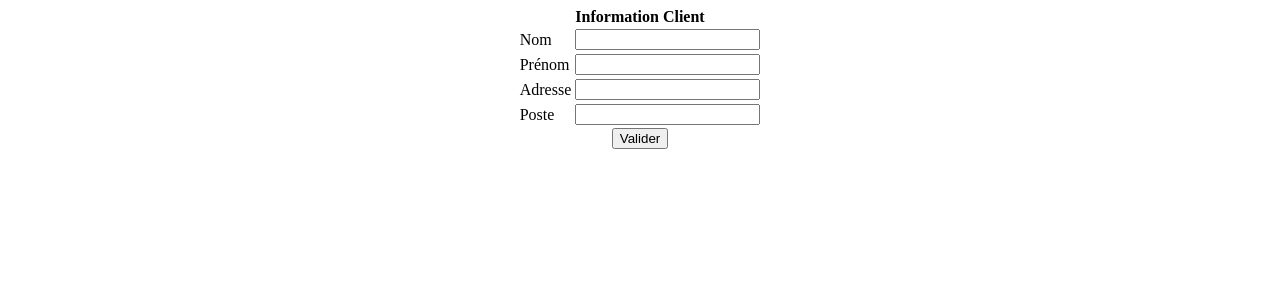
Repository: lemzoo/Formation_JEE
Page: TP_06__JSP_Servlet_Javabean/src/main/webapp/AddInformation.html
An editor plug-in stored every save of this project. The page is shown before and after the next save, followed by the edit.
The browser window is 1280 px wide. The pictures show the whole page.

Above is the page before, as saved 2016-06-21 11:39:58.

### TP_06__JSP_Servlet_Javabean/src/main/webapp/AddInformation.html
<!DOCtype html>
<html>
<head>
<meta charset="UTF-8">
<title>AddInformation</title>
</head>
<body>
	<center>
		<b>Information Client</b>
		<form name="login" method="Post" action="affiche">
			<table>
				<tr>
					<td>Nom</td>
					<td><input type=text name="nom"></td>
				</tr>
				<tr>
					<td>Prénom</td>
					<td><input type=text name="prenom"></td>
				</tr>
				<tr>
					<td>Adresse</td>
					<td><input type=text name="adresse"></td>
				</tr>
				<tr>
					<td>Poste</td>
					<td><input type=text name="poste"></td>
				</tr>
			</table>
			<input type="submit" value="Valider">
		</form>
	</center>
</body>
</html>

After the next save:
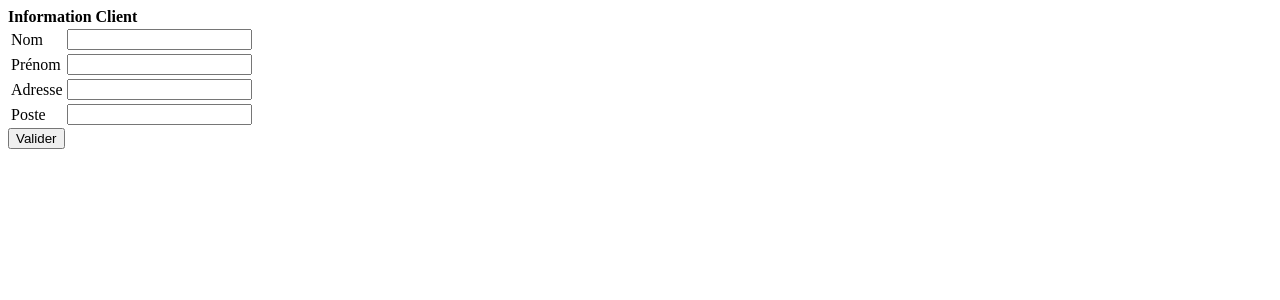
Saved 24 s later.
--- a/TP_06__JSP_Servlet_Javabean/src/main/webapp/AddInformation.html
+++ b/TP_06__JSP_Servlet_Javabean/src/main/webapp/AddInformation.html
@@ -5,29 +5,27 @@
 <title>AddInformation</title>
 </head>
 <body>
-	<center>
-		<b>Information Client</b>
-		<form name="login" method="Post" action="affiche">
-			<table>
-				<tr>
-					<td>Nom</td>
-					<td><input type=text name="nom"></td>
-				</tr>
-				<tr>
-					<td>Prénom</td>
-					<td><input type=text name="prenom"></td>
-				</tr>
-				<tr>
-					<td>Adresse</td>
-					<td><input type=text name="adresse"></td>
-				</tr>
-				<tr>
-					<td>Poste</td>
-					<td><input type=text name="poste"></td>
-				</tr>
-			</table>
-			<input type="submit" value="Valider">
-		</form>
-	</center>
+	<b>Information Client</b>
+	<form name="login" method="Post" action="affiche">
+		<table>
+			<tr>
+				<td>Nom</td>
+				<td><input type=text name="nom"></td>
+			</tr>
+			<tr>
+				<td>Prénom</td>
+				<td><input type=text name="prenom"></td>
+			</tr>
+			<tr>
+				<td>Adresse</td>
+				<td><input type=text name="adresse"></td>
+			</tr>
+			<tr>
+				<td>Poste</td>
+				<td><input type=text name="poste"></td>
+			</tr>
+		</table>
+		<input type="submit" value="Valider">
+	</form>
 </body>
 </html>
